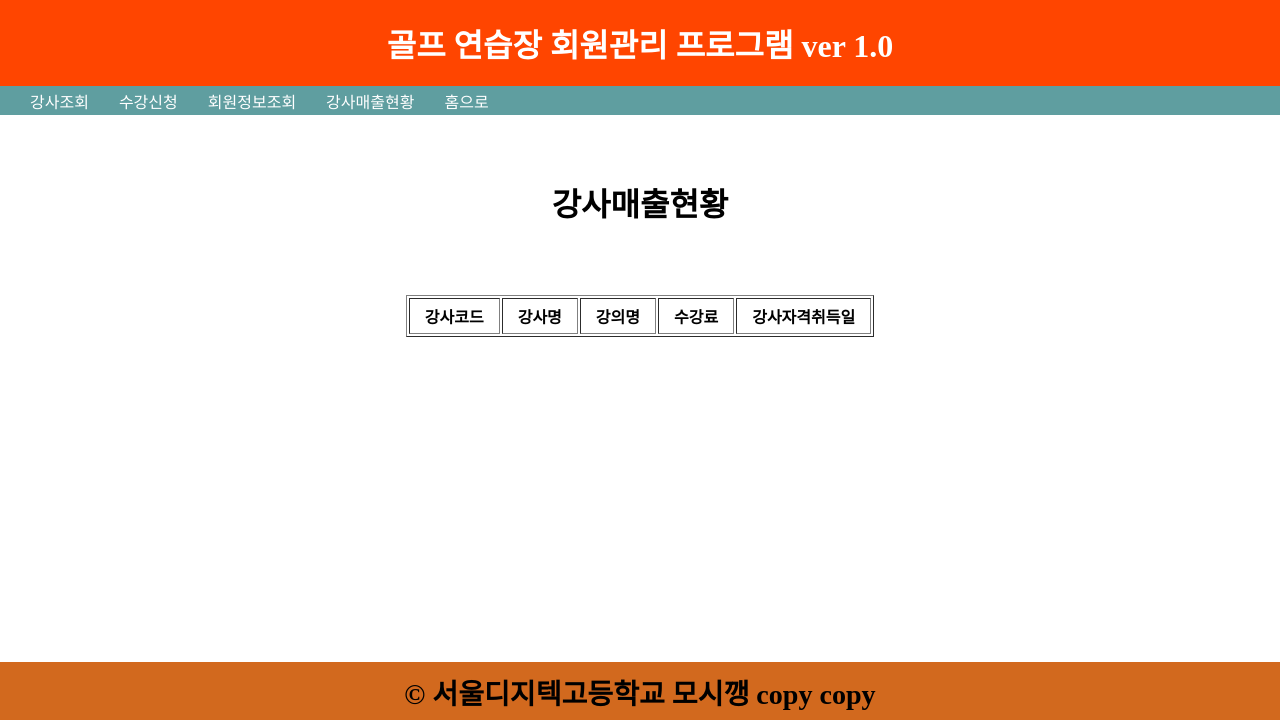
Repository: balhyo-younjisang/DigitechJSP
Page: http://localhost/golf/cost.jsp
The author's editor kept a copy of each file at every save. The page is drawn from the files as they stood at one save, then again after a run of saves.
The browser window is 1280 px wide. The pictures show the whole page.
The page is served by Tomcat 9. Queries for data that is not in the repository find no rows.

Above is the page before, as saved 2025-04-11 05:12:59.

### pizza0403/golf/src/main/webapp/cost.jsp
<%@page import="java.sql.ResultSet"%>
<%@page import="java.sql.PreparedStatement"%>
<%@page import="golf.DBConnection"%>
<%@page import="java.sql.Connection"%>
<%@ page language="java" contentType="text/html; charset=UTF-8"
	pageEncoding="UTF-8"%>
<%
	Connection conn = DBConnection.getConnection();
	String sql = "SELECT teacher_cd, teacher_nm, class_nm, TRIM(TO_CHAR(class_price, 'L999,999,999')) class_price, TO_CHAR(TO_DATE(register_date), 'yyyy\"년\"mm\"월\"dd\"일\"') register_date  from tbl_teacher_202305 order by teacher_cd desc";
	PreparedStatement pstmt = conn.prepareStatement(sql);
	ResultSet rs = pstmt.executeQuery();
%>
<!DOCTYPE html>
<html>
<head>
<meta charset="UTF-8">
<title>골프 연습장 회원관리 프로그램 ver 1.0</title>
<link rel="stylesheet" href="./css/style.css">
</head>
<body>
	<%@ include file="./component/header.jsp"%>
	<main>
		<section class="title">
			<h2>강사매출현황</h2>
		</section>
		<section class="content">
			<form>
				<table border="1">
					<tr>
						<th>강사코드</th>
						<th>강사명</th>
						<th>강의명</th>
						<th>수강료</th>
						<th>강사자격취득일</th>
					</tr>
					<% while(rs.next()) { %>
					<tr>
						<td><%=rs.getString("teacher_cd") %></td>
						<td><%=rs.getString("teacher_nm") %></td>
						<td><%=rs.getString("class_nm") %></td>
						<td><%=rs.getString("class_price") %></td>
						<td><%=rs.getString("register_date") %></td>
					</tr>
					<% } %>
				</table>
			</form>
		</section>
	</main>
	<%@ include file="./component/footer.jsp"%>
</body>
<%
	DBConnection.close(rs, pstmt, conn);
%>
</html>

### pizza0403/golf/src/main/webapp/component/header.jsp
<%@ page language="java" contentType="text/html; charset=UTF-8"
	pageEncoding="UTF-8"%>
<header>
	<div>
		<h1>골프 연습장 회원관리 프로그램 ver 1.0</h1>
	</div>
	<nav>
		<ul class="gnb">
			<li><a href="teacher.jsp">강사조회</a></li>
			<li><a href="register.jsp">수강신청</a></li>
			<li><a href="select.jsp">회원정보조회</a></li>
			<li><a href="cost.jsp">강사매출현황</a></li>
			<li><a href="index.jsp">홈으로</a></li>
		</ul>
	</nav>
</header>

### pizza0403/golf/src/main/webapp/component/footer.jsp
<%@ page language="java" contentType="text/html; charset=UTF-8"
    pageEncoding="UTF-8"%>
<footer>
	<h3>
		&copy; 서울디지텍고등학교 모시깽 copy copy
	</h3>
</footer>

### pizza0403/golf/src/main/java/golf/DBConnection.java
package golf;

import java.sql.Connection;
import java.sql.DriverManager;
import java.sql.PreparedStatement;
import java.sql.ResultSet;

public class DBConnection {
	public static Connection getConnection() {
		Connection conn = null;
		try {
			Class.forName("oracle.jdbc.OracleDriver");
			conn = DriverManager.getConnection("jdbc:oracle:thin:@localhost:1521:xe", "system", "1234");
		} catch (Exception e) {
			System.out.println("DBConnection Failed :: e");
			e.printStackTrace();
		}

		return conn;
	}

	public static void close(PreparedStatement pstmt, Connection conn) {
		try {
			if(pstmt != null) pstmt.close();
			if(conn != null) conn.close();
		} catch (Exception e) {
			System.out.println("DBConnection close Failed :: e");
			e.printStackTrace();
		}
	}

	public static void close(ResultSet rs, PreparedStatement pstmt, Connection conn) {
		try {
			if(rs != null) rs.close();
			if(pstmt != null) pstmt.close();
			if(conn != null) conn.close();
		} catch (Exception e) {
			System.out.println("DBConnection close Failed :: e");
			e.printStackTrace();
		}
	}
}

### pizza0403/golf/src/main/webapp/css/style.css
@charset "UTF-8";

* {
	margin: 0;
	padding: 0;
	box-sizing: border-box;
}

a {
	text-decoration: none;
	color: inherit;
}

ul, li {
	list-style: none;
}

header {
	width: 100vw;
	height: 16vh;
}

header div {
	display: flex;
	align-items: center;
	justify-content: center;
	height: 12vh;
	background-color: orangered;
	color: white;
}

nav .gnb {
	display: flex;
	align-items: center;
	gap: 30px;
	padding-left: 30px;
	height: 4vh;
	background-color: cadetblue;
	color: white;
}

main {
	width: 100vw;
	height: calc(100vh - 16vh - 8vh);
}

main .title h2 {
	text-align: center;
	font-size: 32px;
	line-height: 180px;
	font-weight: bold;
}

main .content table tr {
	text-align: center;
}

main .content table th, td {
	padding: 5px 15px;
}

main .content {
	width: 100vw;
	display: flex;
	align-items: center;
	justify-content: center;
}

footer {
	width: 100vw;
	position: fixed;
	height: 8vh;
	bottom: 0;
	left: 0;
	background-color: chocolate;
	display: flex;
	align-items: center;
	justify-content: center;
	font-size: 24px;
}

After the next 2 saves:
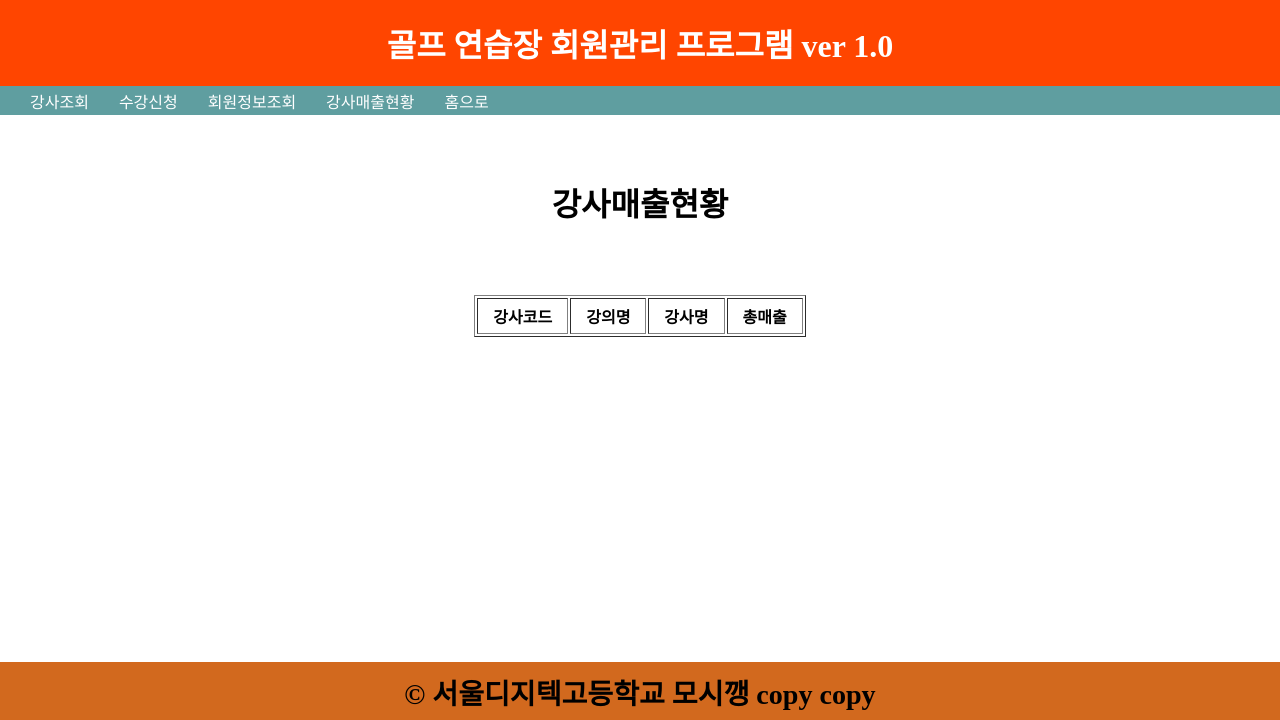
The 2 saves are shown as one change because they came seconds apart.
The last was saved 13 s later.
--- a/pizza0403/golf/src/main/webapp/cost.jsp
+++ b/pizza0403/golf/src/main/webapp/cost.jsp
@@ -28,10 +28,9 @@
 				<table border="1">
 					<tr>
 						<th>강사코드</th>
+						<th>강의명</th>
 						<th>강사명</th>
-						<th>강의명</th>
-						<th>수강료</th>
-						<th>강사자격취득일</th>
+						<th>총매출</th>
 					</tr>
 					<% while(rs.next()) { %>
 					<tr>
